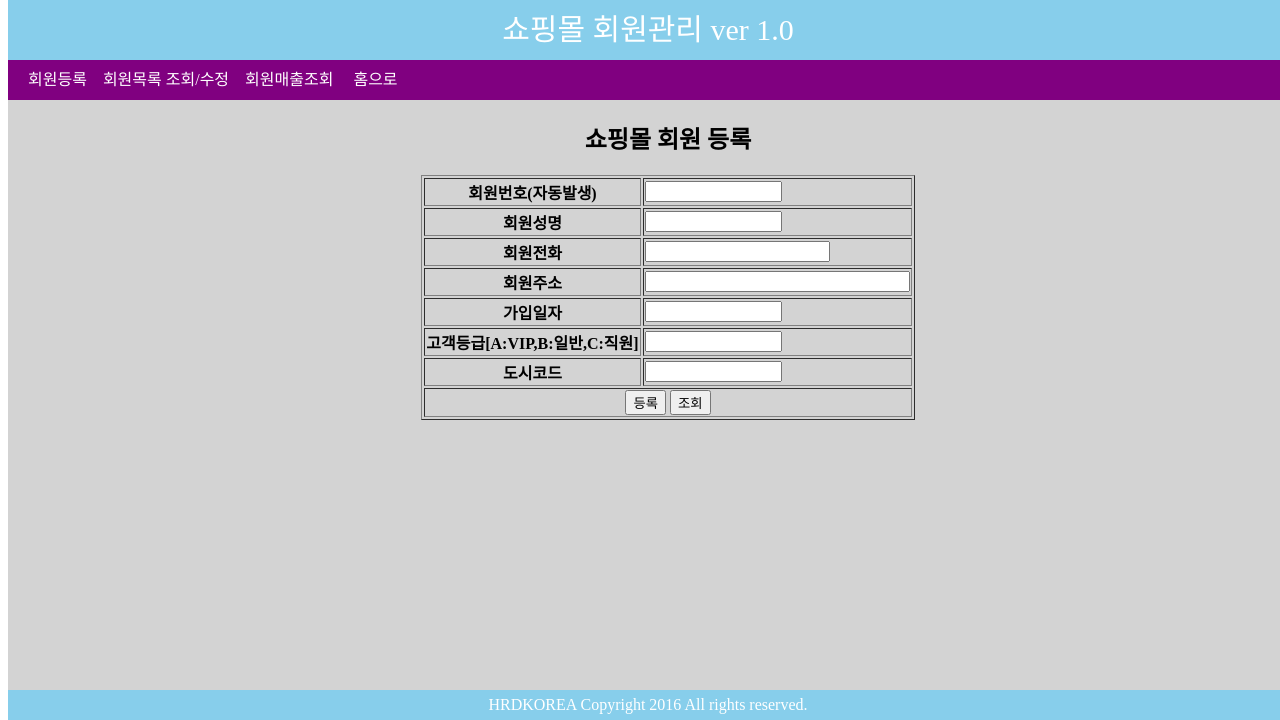
Repository: haileylee94/mini-project
Page: http://localhost/hrd/join.jsp
An editor plug-in stored every save of this project. The page is shown before and after the next save, followed by the edit.
The browser window is 1280 px wide. The pictures show the whole page.
The page is served by Tomcat 9. Other server files are loaded and not shown.

Above is the page before, as saved 2022-11-17 23:16:49.

### hrd/WebContent/join.jsp
<%@ page language="java" contentType="text/html; charset=UTF-8"
    pageEncoding="UTF-8"%>
<!DOCTYPE html>
<html>
<head>
<meta charset="UTF-8">
<title>join</title>
<script src="check.js"></script>
<!--
<script type="text/javascript">
function check(f){
	if(f.custname.value.length == 0){
		alert("회원성명이 입력되지 않았습니다.");
		f.custname.focus();
		return false;
	}

	if(f.phone.value.length == 0){
		alert("회원 전화번호가 입력되지 않았습니다.");
		f.phone.focus();
		return false;
	}

	if(f.address.value.length == 0){
		alert("회원 주소가 입력되지 않았습니다.");
		f.address.focus();
		return false;
	}

	if(f.joindate.value.length == 0){
		alert("가입 날짜가 입력되지 않았습니다.");
		f.joindate.focus();
		return false;
	}

	if(f.grade.value.length == 0){
		alert("회원 등급이 입력되지 않았습니다.");
		f.grade.focus();
		return false;
	}

	if(f.city.value.length == 0){
		alert("도시코드가 입력되지 않았습니다.");
		f.city.focus();
		return false;
	}
}
</script>
onsubmit에는 return check(this)를 해줘야 한다.
 -->
<style>
	table{
		margin: auto;
	}
	/*
		form{
			display: flex;
			align-items: center; 수직정렬
			justify-content: center; 수평정렬
			text-align:center;
		}
	*/
</style>
</head>
<body>
	<jsp:include page="header.jsp"/>
		<section style="position: fixed; top: 100px; background-color: lightgray;
	height: 100%; width: 100%; padding-left: 20px">
		<h1 style="text-align: center;"><b>쇼핑몰 회원 등록</b><br></h1>

		<form name="f" method="post" onsubmit="return check()">
			<table border="1">
				<tr>
					<th>회원번호(자동발생)</th>
					<td><input name=custno size=14></td>
				</tr>
				<tr>
					<th>회원성명</th>
					<td><input name="custname" size=14></td>
				</tr>
				<tr>
					<th>회원전화</th>
					<td><input name="phone" size=20></td>
				</tr>
				<tr>
					<th>회원주소</th>
					<td><input name="address" size=30></td>
				</tr>
				<tr>
					<th>가입일자</th>
					<td><input name="joindate" size=14></td>
				</tr>
				<tr>
					<th>고객등급[A:VIP,B:일반,C:직원]</th>
					<td><input name="grade" size=14></td>
				</tr>
				<tr>
					<th>도시코드</th>
					<td><input name="city" size=14></td>
				</tr>
				<tr>
					<td colspan="2" style="text-align: center;">
						<input type="submit" value="등록">
						<input type="button" value="조회" onclick="location.href='member.jsp'">
					</td>
				</tr>
			</table>
		</form>
	</section>
	<jsp:include page="footer.jsp"/>
</body>
</html>

### hrd/WebContent/header.jsp
<%@ page language="java" contentType="text/html; charset=UTF-8"
    pageEncoding="UTF-8"%>
<!DOCTYPE html>
<html>
<head>
<meta charset="UTF-8">
<title>header</title>
<style type="text/css">
	header{
		position:fixed;
		top:0px;
		width:100%;
		height: 60px;
		background-color: skyblue;
		color: white;
		text-align: center;
		line-height: 60px;
		font-size: 30px;
	}
	nav{
		position: fixed;
		top: 60px;
		width: 100%;
		height: 40px;
		background-color: purple;
		line-height: 40px;
		padding-left: 20px;
		color: #fff;
	}
</style>
</head>
<body>

	<header>
		쇼핑몰 회원관리 ver 1.0
	</header>

	<nav>
		회원등록 &nbsp;&nbsp;	회원목록 조회/수정 &nbsp;&nbsp;	회원매출조회 &nbsp;&nbsp;&nbsp;	홈으로
	</nav>
</body>
</html>

### hrd/WebContent/footer.jsp
<%@ page language="java" contentType="text/html; charset=UTF-8"
    pageEncoding="UTF-8"%>
<!DOCTYPE html>
<html>
<head>
<meta charset="UTF-8">
<title>footer</title>
<style type="text/css">
	footer{
		position: fixed;
		bottom: 0px;
		background-color: skyblue;
		width: 100%;
		height: 30px;
		color: white;
		text-align: center;
		line-height: 30px;
	}
</style>
</head>
<body>

	<footer>
		HRDKOREA Copyright 2016 All rights reserved.
	</footer>
</body>
</html>

### hrd/WebContent/check.js
function check(){
	if(document.f.custname.value.length == 0){
		alert("회원성명이 입력되지 않았습니다.");
		f.custname.focus();
		return false;
	}

	if(document.f.phone.value.length == 0){
		alert("회원 전화번호가 입력되지 않았습니다.");
		f.phone.focus();
		return false;
	}

	if(document.f.address.value.length == 0){
		alert("회원 주소가 입력되지 않았습니다.");
		f.address.focus();
		return false;
	}

	if(document.f.joindate.value.length == 0){
		alert("가입 날짜가 입력되지 않았습니다.");
		f.joindate.focus();
		return false;
	}

	if(document.f.grade.value.length == 0){
		alert("회원 등급이 입력되지 않았습니다.");
		f.grade.focus();
		return false;
	}

	if(document.f.city.value.length == 0){
		alert("도시코드가 입력되지 않았습니다.");
		f.city.focus();
		return false;
	}

	success();
}

function success(){
	alert("회원 등록이 완료 되었습니다.");
}

After the next save:
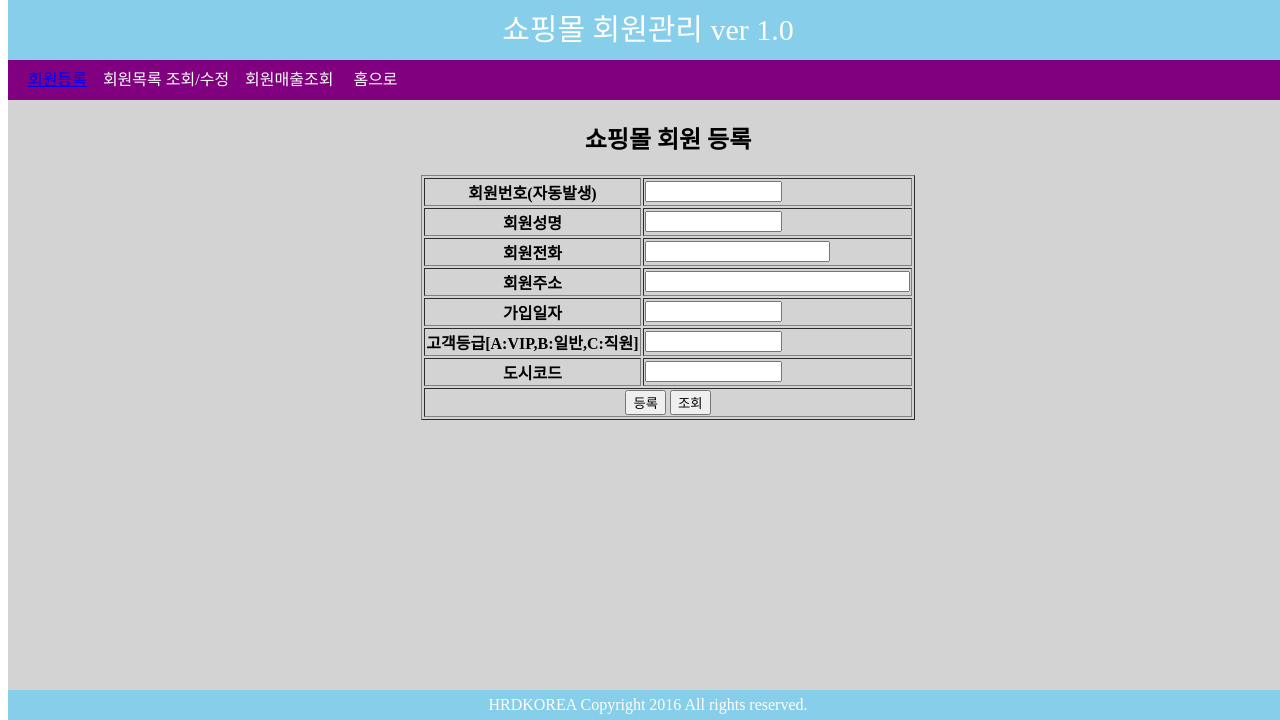
Saved 81 s later.
--- a/hrd/WebContent/header.jsp
+++ b/hrd/WebContent/header.jsp
@@ -36,7 +36,7 @@
 	</header>
 
 	<nav>
-		회원등록 &nbsp;&nbsp;	회원목록 조회/수정 &nbsp;&nbsp;	회원매출조회 &nbsp;&nbsp;&nbsp;	홈으로
+		<a href="join.jsp">회원등록</a> &nbsp;&nbsp;	회원목록 조회/수정 &nbsp;&nbsp;	회원매출조회 &nbsp;&nbsp;&nbsp;	홈으로
 	</nav>
 </body>
 </html>
